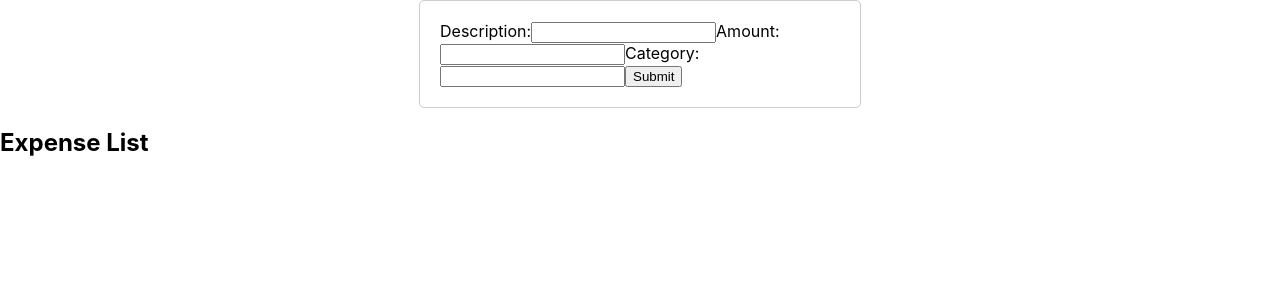
Repository: Victor-MGB/basic-expense-tracker
Page: / (app in expense-tracker/)
These files come from the project's save history. The page is drawn as it stood at one moment and after a run of saves; the edit follows.
The browser window is 1280 px wide. The pictures show the whole page.
The project was rebuilt for these pictures with package versions that can differ from the ones it lists, and the page was loaded fresh each time. Also part of the build but not shown: expense-tracker/src/component/ExpenseItem.js.

Above is the page before, as saved 2023-12-10 22:41:26.

After the next 3 saves:
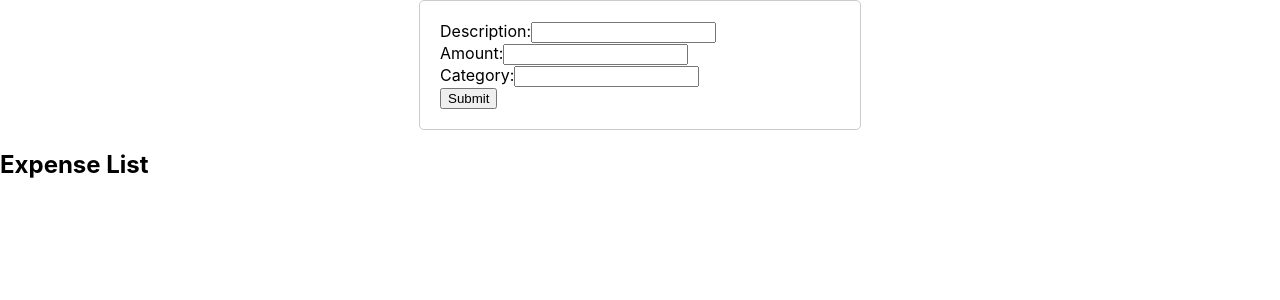
The 3 saves are shown as one change because they came seconds apart.
The last was saved 10 s later.
--- a/expense-tracker/src/component/ExpenseForm.js
+++ b/expense-tracker/src/component/ExpenseForm.js
@@ -49,7 +49,7 @@ export function ExpenseForm({onAddExpense}) {
     }
 
     const labelStyle={
-
+        display:'block'
     }
 
     return (
